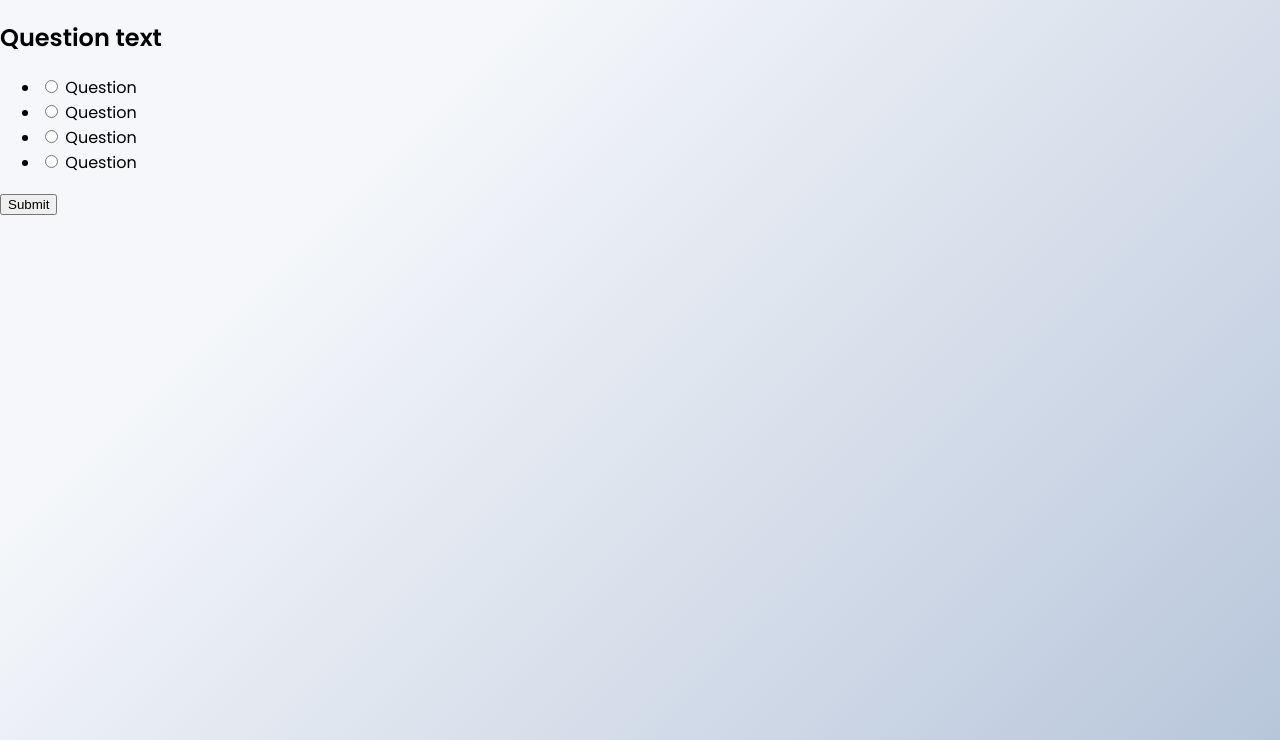
Repository: kate30980/projects-js-practice
Page: quiz-app/index.html
These files come from the project's save history. The page is drawn as it stood at one moment and after the next save; the edit follows.
The browser window is 1280 px wide. The pictures show the whole page.

Above is the page before, as saved 2021-09-05 21:56:47.

### quiz-app/index.html
<!DOCTYPE html>
<html lang="en">

<head>
    <meta charset="UTF-8" />
    <meta name="viewport" content="width=device-width, initial-scale=1.0" />
    <title>Title</title>
    <link rel="stylesheet" href="style.css" />
    <script src="script.js" defer></script>
</head>

<body>
    <div class="quiz-container">
        <h2>Question text</h2>
        <ul>
            <li>
                <input type="radio" id="a" name="answer">
                <label for="a">Question</label>
            </li>
            <li>
                <input type="radio" id="b" name="answer">
                <label for="b">Question</label>
            </li>
            <li>
                <input type="radio" id="c" name="answer">
                <label for="c">Question</label>
            </li>
            <li>
                <input type="radio" id="d" name="answer">
                <label for="d">Question</label>
            </li>
        </ul>
        <button>Submit</button>
    </div>
</body>

</html>

### quiz-app/style.css
@import url("https://fonts.googleapis.com/css2?family=Poppins:wght@200;400;600&display=swap");

* {
    box-sizing: border-box;
}

body {
    background-color: #b8c6db;
    background-image: linear-gradient(315deg,#b8c6db, #f5f7fa 74%);
    font-family: "Poppins", sans-serif;
    margin: 0;
    min-height: 100vh;
}

### quiz-app/script.js
const quizData = [
  {
    question: "How old is Kate?",
    a: "10",
    b: "17",
    c: "21",
    d: "20",
    correct: "c",
  },
  {
    question: "What is the best programming language?",
    a: "Javascript",
    b: "Python",
    c: "C++",
    d: "PHP",
    correct: "a",
  },
  {
    question: "Who is the president of US?",
    a: "Kate Le",
    b: "Donald Trump",
    c: "Barack Obama",
    d: "Bill Clinton",
    correct: "a",
  },
  {
    question: "Kate is the best girl in the world",
    a: "Damn true",
    b: "This is a correct answer",
    c: "Aboslutely",
    d: "Dont need to ask this stupid question",
    correct: "a",
  },
  {
    question: "What year was Javascript launch",
    a: "2020",
    b: "2019",
    c: "1995",
    d: "None of the above",
    correct: "c",
  },
];

After the next save:
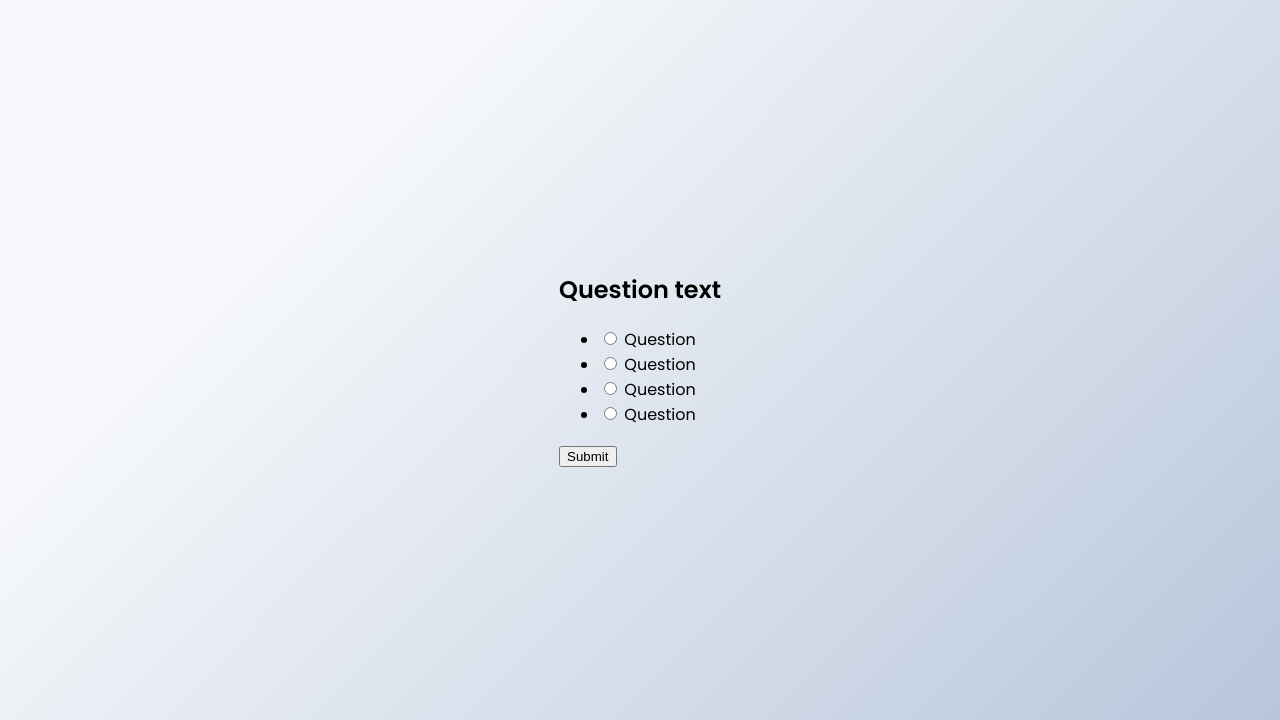
Saved 46 s later.
--- a/quiz-app/style.css
+++ b/quiz-app/style.css
@@ -10,4 +10,13 @@ body {
     font-family: "Poppins", sans-serif;
     margin: 0;
     min-height: 100vh;
+
+    display: flex;
+    align-items: center;
+    justify-content: center;
+
 }
+
+.quiz-container{
+
+}
